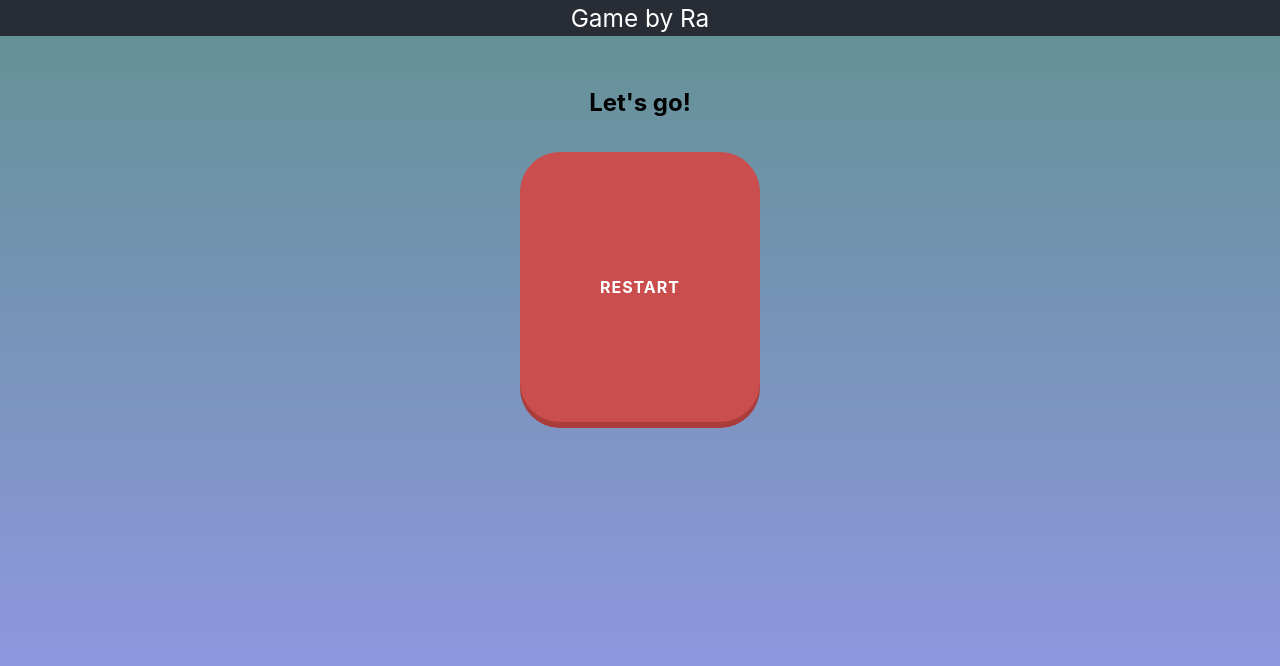
Repository: Sergioramasano/ramos-game
Page: /
These files come from the project's save history. The page is drawn as it stood at one moment and after the next save; the edit follows.
The browser window is 1280 px wide. The pictures show the whole page.
The project was rebuilt for these pictures with package versions that can differ from the ones it lists, and the page was loaded fresh each time. Also part of the build but not shown: src/components/Cards.js.

Above is the page before, as saved 2021-02-11 19:35:01.

After the next save:
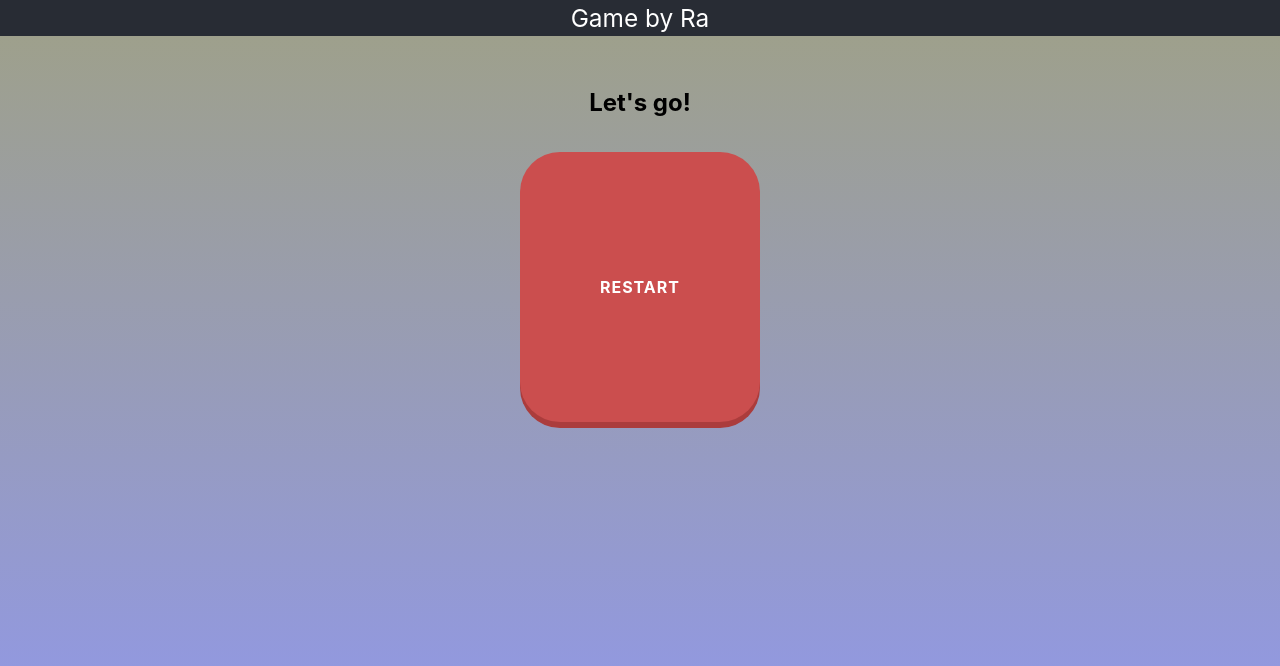
Saved 12 s later.
--- a/src/components/GameBox/Gamebox.module.css
+++ b/src/components/GameBox/Gamebox.module.css
@@ -1,6 +1,6 @@
 .gamebox {
   height: 95vh;
-  background: linear-gradient(#659197, #9198e5);
+  background: linear-gradient(#9ea08c, #9198e5);
   padding: 2rem;
   box-sizing: border-box;
 }
